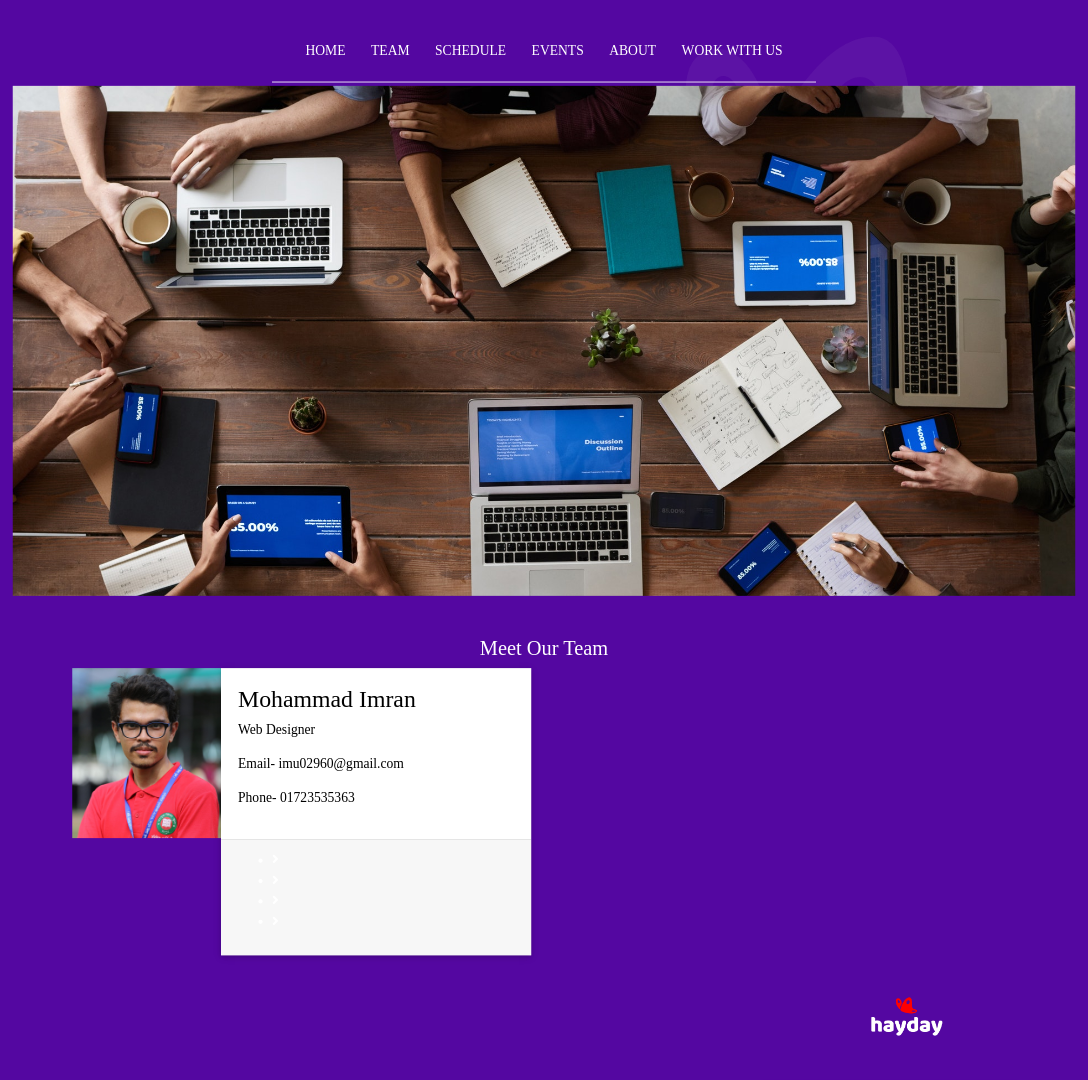
Repository: im1971/company-web
Page: team.html
These files come from the project's save history. The page is drawn as it stood at one moment and after the next save; the edit follows.
The browser window is 1280 px wide. The pictures show the whole page, at 85% of full size.
Some web fonts or font styles are not loaded; a fallback is used.

Above is the page before, as saved 2020-01-27 17:16:28.

### team.html
<!DOCTYPE html>
<html>

<head>
    <title>hayday</title>
    <link rel="shortcut icon" type="img/x-icon" href="img/fav.png" />
    <link rel="stylesheet" href="css/mdb.min.css">
    <link rel="stylesheet" href="css/bootstrap.min.css">
    <link rel="stylesheet" href="css/fontawesome.min.css">
    <link rel="stylesheet" href="css/all.min.css">
    <link rel="stylesheet" href="css/style.css">
    <!-- fonts -->
    <link href="https://fonts.googleapis.com/css?family=Baloo+Bhai&display=swap" rel="stylesheet">
    <!-- fonts -->

</head>

<body>

    <div class="wrap_hayday">
        <div class="back_img"></div>
        <div class="container-fluid">
            <div class="row justify-content-center pb-1">
                <div class="col-md-12">
                    <nav class="navbar navbar-expand-lg">
                        <button class="navbar-toggler" type="button" data-toggle="collapse" data-target="#navbarSupportedContent" aria-controls="navbarSupportedContent" aria-expanded="false" aria-label="Toggle navigation">
                          <span class="navbar-toggler-icon"></span>
                        </button>

                        <div class="collapse navbar-collapse" id="navbarSupportedContent">

                            <ul class="navbar-nav m-auto text-uppercase">
                                <li class="nav-item active">
                                    <a class="nav-link" href="index.html">Home</a>
                                </li>
                                <li class="nav-item">
                                    <a class="nav-link" href="team.html">Team</a>
                                </li>
                                <li class="nav-item">
                                    <a class="nav-link" href="#">SCHEDULE</a>
                                </li>
                                <li class="nav-item">
                                    <a class="nav-link" href="#">Events</a>
                                </li>
                                <li class="nav-item">
                                    <a class="nav-link" href="#">About</a>
                                </li>
                                <li class="nav-item">
                                    <a class="nav-link" href="workWithUs.html">Work With us</a>
                                </li>
                            </ul>
                        </div>
                    </nav>
                </div>
                <div class="col-md-6 border_deco pt-3"></div>
            </div>
            <div class="row justify-content-center team">
                <div class="col-md-12 grid">
                    <div class="team_image"></div>
                </div>
                <div class="col-md-12 mt-5">
                    <div class="container">
                        <h4 class="text-center">Meet Our Team</h4>
                        <div class="custom_border"></div>
                        <div class="row team_deco">
                            <div class="col-md-6">
                                <div class="row">
                                    <div class="col-md-4 pr-0">
                                        <div class="team_member_image"></div>
                                    </div>
                                    <div class="col-md-8 pl-0">
                                        <div class="card">
                                            <div class="card-body">
                                                <h3>Mohammad Imran</h3>
                                                <p>Web Designer</p>
                                                <p>Email- imu02960@gmail.com</p>
                                                <p>Phone- 01723535363</p>
                                            </div>
                                            <div class="card-footer">
                                                <ul>
                                                    <li><i class="fas fa-angle-right"></i></li>
                                                    <li><i class="fas fa-angle-right"></i></li>
                                                    <li><i class="fas fa-angle-right"></i></li>
                                                    <li><i class="fas fa-angle-right"></i></li>
                                                </ul>
                                            </div>
                                        </div>
                                    </div>
                                </div>
                            </div>
                        </div>
                    </div>
                </div>
            </div>
            <div class="row justify-content-end my-5">
                <div class="col-md-4 m-autp">
                    <div class="middle_body">
                        <div class="logo">
                            <img src="img/logo.png" alt="" style="height: 50px">
                        </div>
                        <!-- <p>Read about our Inspiration</p> -->
                    </div>
                </div>
            </div>
        </div>
    </div>
    </div>



    <!-- <script src="https://code.jquery.com/jquery-3.4.1.slim.min.js" integrity="sha384-J6qa4849blE2+poT4WnyKhv5vZF5SrPo0iEjwBvKU7imGFAV0wwj1yYfoRSJoZ+n" crossorigin="anonymous"></script>
    <script src="https://cdn.jsdelivr.net/npm/popper.js@1.16.0/dist/umd/popper.min.js" integrity="sha384-Q6E9RHvbIyZFJoft+2mJbHaEWldlvI9IOYy5n3zV9zzTtmI3UksdQRVvoxMfooAo" crossorigin="anonymous"></script>
    <script src="https://stackpath.bootstrapcdn.com/bootstrap/4.4.1/js/bootstrap.min.js" integrity="sha384-wfSDF2E50Y2D1uUdj0O3uMBJnjuUD4Ih7YwaYd1iqfktj0Uod8GCExl3Og8ifwB6" crossorigin="anonymous"></script> -->

    <script type="text/javascript" src="js/jquery.min.js"></script>
    <!-- Bootstrap tooltips -->
    <script type="text/javascript" src="js/popper.min.js"></script>
    <!-- Bootstrap core JavaScript -->
    <script type="text/javascript" src="js/bootstrap.min.js"></script>
    <!-- MDB core JavaScript -->
    <script type="text/javascript" src="js/mdb.min.js"></script>


</body>

</html>

### css/style.css
body {
    padding: 0;
    margin: 0;
    background: #5407A1 !important;
    color: #fff !important;
    font-family: 'Baloo Bhai', cursive;
    position: relative;
}


/* global */

html {
    overflow: scroll;
    overflow-x: hidden;
}

::-webkit-scrollbar {
    width: 0px;
    /* Remove scrollbar space */
    background: transparent;
    /* Optional: just make scrollbar invisible */
}


/* Optional: show position indicator in red */

::-webkit-scrollbar-thumb {
    background: #FF0000;
}


/* global */

.back_img {
    background-image: url(../img/back.png);
    height: 350px;
    width: 600px;
    position: absolute;
    background-position: center center;
    background-size: cover;
    opacity: 5%;
    /* top: 30%; */
    right: 0;
}


/* header */

.wrap_hayday .navbar {
    box-shadow: none;
}

.wrap_hayday .container-fluid {
    min-height: 100vh;
}

.wrap_hayday nav .nav-link {
    padding-right: 15px !important;
    padding-left: 15px !important;
    color: #fff;
    font-family: 'Baloo Bhai', cursive;
}

.wrap_hayday .border_deco {
    border-bottom: .25px solid #fff;
}

.wrap_hayday nav .nav-link:hover {
    color: #FF0000;
    transition-duration: 0.5s;
}

.wrap_hayday .navbar {
    padding: 40px;
    padding-bottom: 0;
}


/* header */


/* middle body */

.wrap_hayday .middle_body {
    text-align: center;
}

.wrap_hayday .middle_body .logo img {
    /* background-image: url(logo.png); */
    height: 100px;
}

.wrap_hayday .others_page_middle {
    text-align: center;
    position: absolute;
    right: 30px;
    bottom: 0;
}

.wrap_hayday .others_page_middle img {
    height: 70px;
}


/* middle body */


/* footer-body */

.myprogress {
    min-width: 100%;
    margin: 0px auto;
    text-align: center;
}

.myprogress .circle {
    display: inline-block;
    background: #fff;
    width: 50px;
    height: 50px;
    border-radius: 80px;
    border: 1px solid #d5d5da;
    cursor: pointer;
}

.myprogress .circle:hover {
    background: #FF0000;
    color: #5407A1;
    transition-duration: 0.5s;
}

.myprogress .bar {
    position: relative;
    width: 100px;
    padding-right: 15px;
    font-family: none;
    /* height: 2px; */
    /* top: 10px; */
    /* border: 0px solid #fff; */
}

.myprogress .circle .label {
    display: inline-block;
    width: 40px;
    height: 40px;
    line-height: 30px;
    border-radius: 40px;
    font-size: 24px;
}

.myprogress .circle .title {
    color: #5407A1;
    font-size: 24px;
    line-height: 50px;
    cursor: pointer;
}

.myprogress .circle .title:hover {
    color: #fff;
}

.myprogress i {
    font-size: 11px;
}

.myprogress .abc {
    animation: pulse 1s infinite;
    color: #FF0000;
}

.myprogress .pulse {
    -webkit-animation-duration: 3s;
    -webkit-animation-delay: 2s;
    -webkit-animation-iteration-count: 5;
}


/* footer-body */


/* about hayday */

.accordion .card-header {
    padding: 0;
    background: #5407A1;
    margin-bottom: 0;
}

.accordion .card-header .btn-link {
    color: #fff;
    padding: 0;
}

.accordion .card {
    border: none;
    border-radius: 0;
}

.accordion i {
    position: absolute;
    right: 10px;
    top: 5px;
}

.accordion p {
    color: #000;
    font-family: serif;
    font-size: 15px;
}

.accordion h4 {
    color: #000;
    font-family: serif;
    font-weight: 700 !important;
    font-size: 22px;
}


/* about hayday */


/* work with us */

.outreach table.table th,
table.table td {
    padding: 3px 20px;
    color: #fff;
    border: none;
    font-family: auto;
}


/* work with us */


/* team */

.team .team_image {
    background-image: url(../img/team/team-back.jpg);
    height: 600px;
    background-position: center center;
    background-size: cover;
}

.team_deco .team_member_image {
    background-image: url(../img/team/management/imran.jpg);
    height: 200px;
    /* background-position: center center; */
    background-size: cover;
}

.team_deco .grid {
    padding-left: 0;
    padding-right: 0;
}

.team_deco .card {
    border-radius: 0;
    border: 0;
}

.team_deco .card-body {
    color: black;
    font-style: auto;
}


/* team */

.sponsor_footer p {
    font-family: auto;
    font-size: 14px;
}

.sponsor_footer p b {
    color: #FF0000;
}

Loaded but not shown: css/mdb.min.css (library); css/bootstrap.min.css (library); css/fontawesome.min.css (library); css/all.min.css (library); js/jquery.min.js (library); js/popper.min.js (library); js/bootstrap.min.js (library); js/mdb.min.js (library)

After the next save:
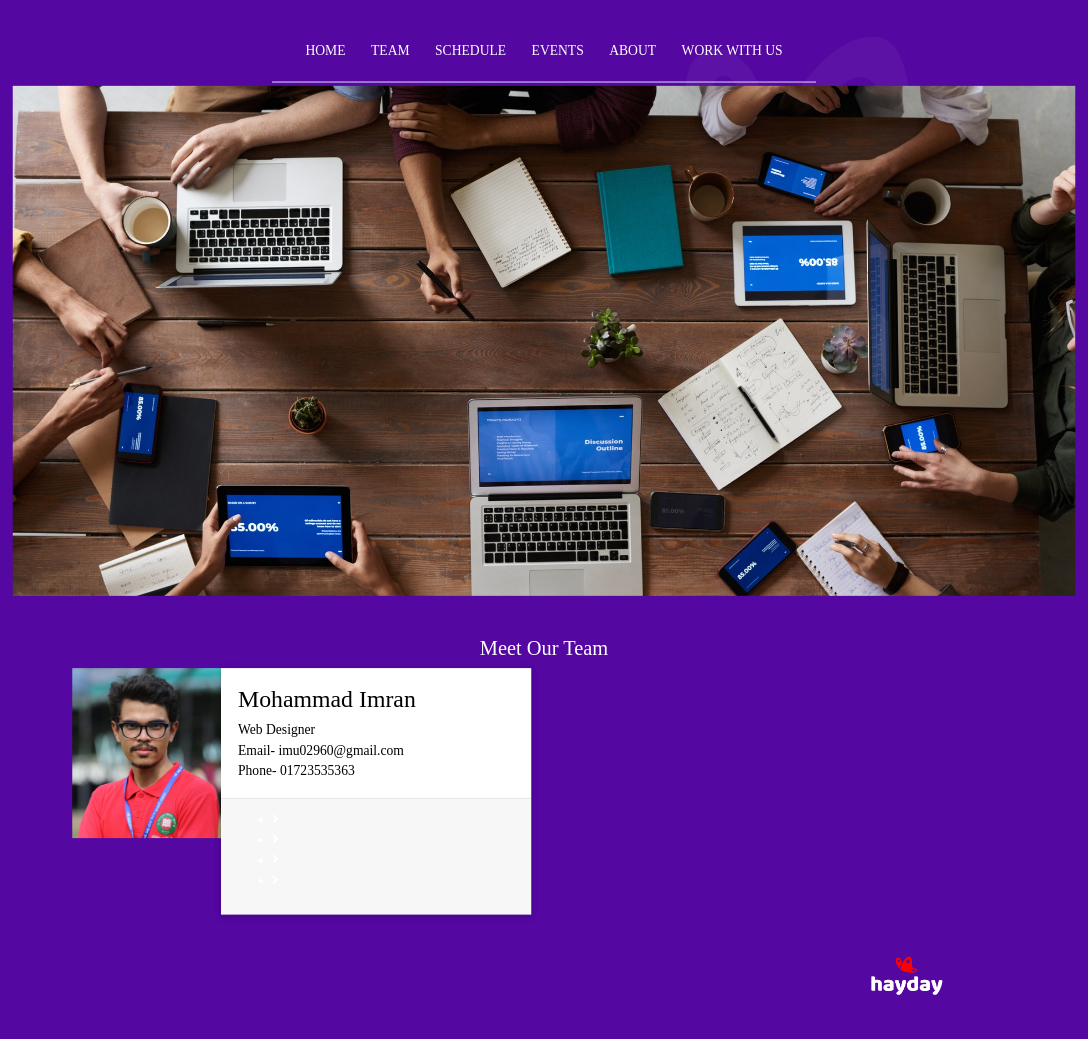
Saved 66 s later.
--- a/css/style.css
+++ b/css/style.css
@@ -265,6 +265,10 @@ table.table td {
     font-style: auto;
 }
 
+.team_deco p {
+    margin-bottom: 0;
+}
+
 
 /* team */
 
